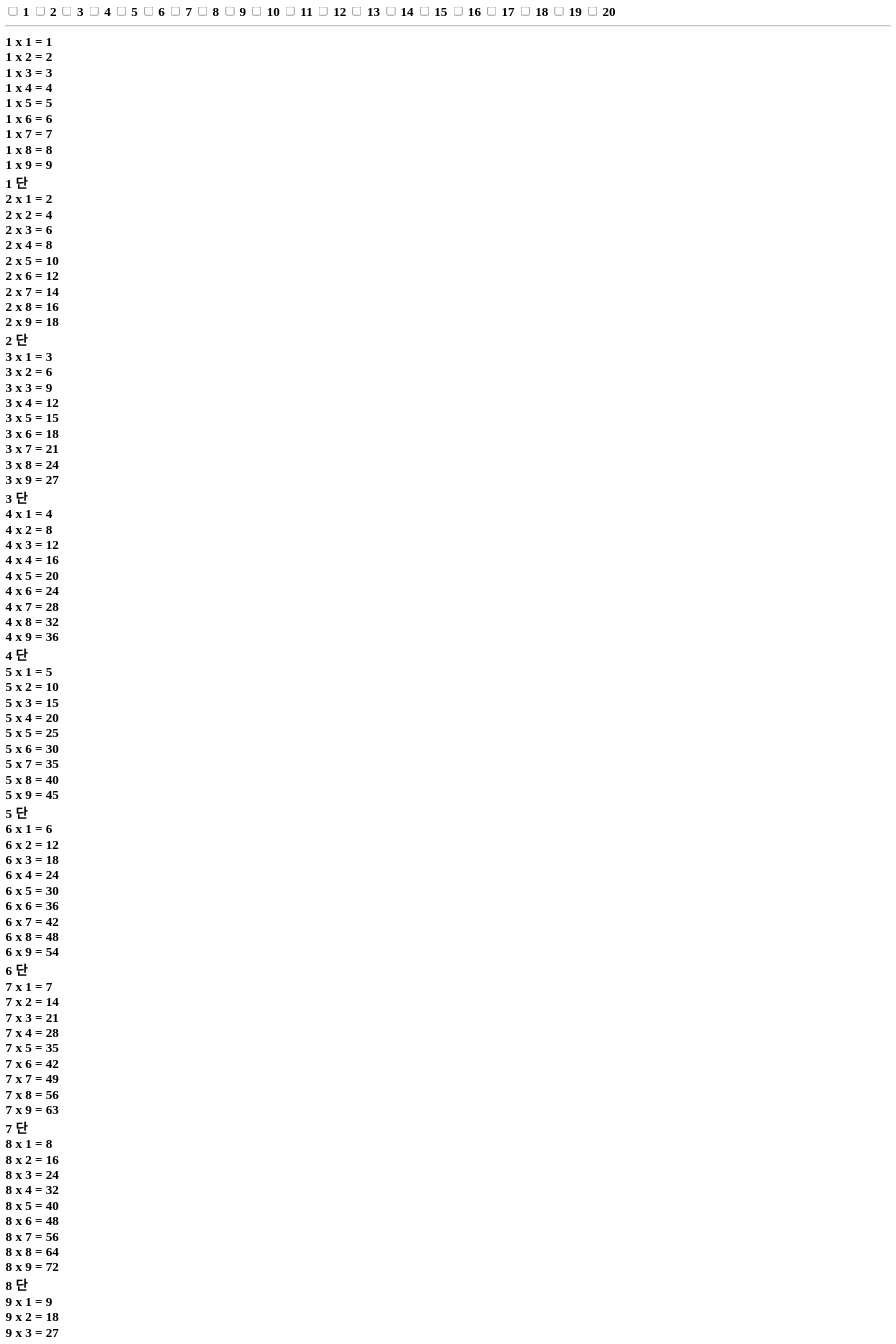
Repository: hyejux/jsp
Page: http://localhost/JSPBasic/jspTag/script02.jsp
An editor plug-in stored every save of this project. The page is shown before and after the next save, followed by the edit.
The browser window is 1280 px wide. The pictures show the part of the page from y = 476 to 2396 px (the page is 2567 px tall before and 2324 px after), at 70% of full size.
The page is served by Tomcat 10.

Above is the page before, as saved 2024-06-25 02:20:23.

After the next save:
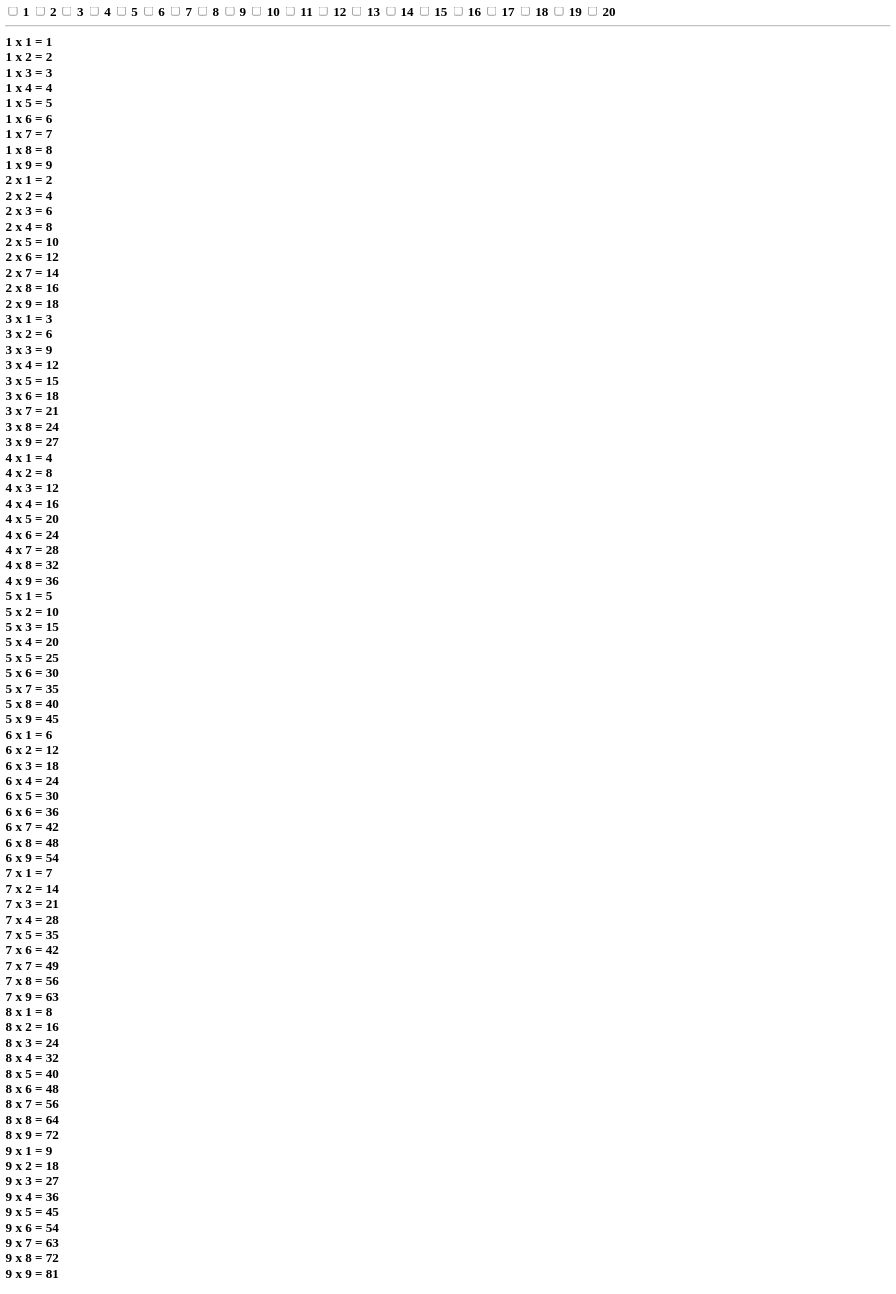
Saved 6 s later.
--- a/JSPBasic/src/main/webapp/jspTag/script02.jsp
+++ b/JSPBasic/src/main/webapp/jspTag/script02.jsp
@@ -37,7 +37,6 @@
 	 <% for (int j = 1; j<=9; j++) { %>
 	<%= i %> x <%= j %> = <%= i*j %><br>
 	 <% } %>
-	 <div> <%= i  %> 단</div>
 	 <% } %>
 
 
